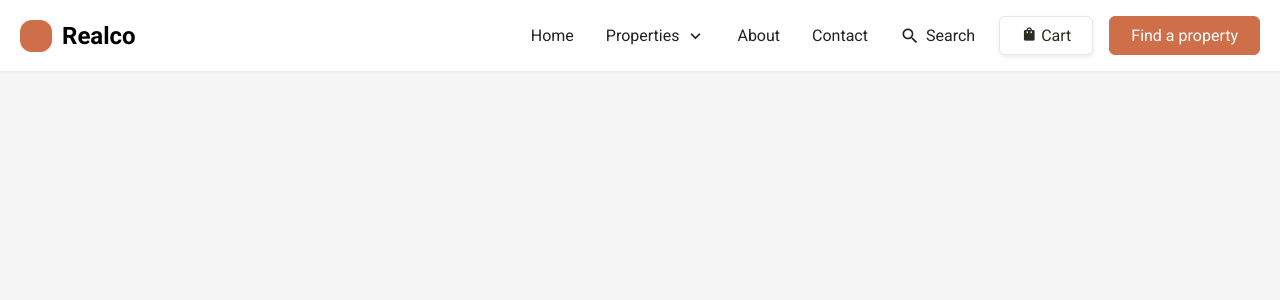
Repository: bek77g/realco
Page: index.html
The author's editor kept a copy of each file at every save. The page is drawn from the files as they stood at one save, then again after the next save.
The browser window is 1280 px wide. The pictures show the whole page.
The style sheet was rebuilt from its Sass, Less or Tailwind sources for each picture, by a compiler version that may differ from the author's.

Above is the page before, as saved 2023-04-13 21:41:01.

After the next save:
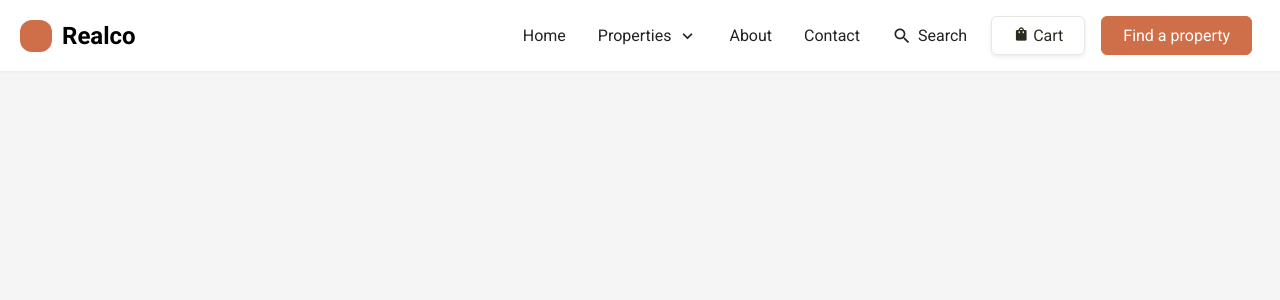
Saved 51 s later.
--- a/index.html
+++ b/index.html
@@ -47,6 +47,9 @@
               </button>
               <button class="header__buttons-btn">Find a property</button>
             </div>
+            <div class="header__burger-icon">
+              <span></span><span></span><span></span>
+            </div>
           </nav>
         </div>
       </div>
